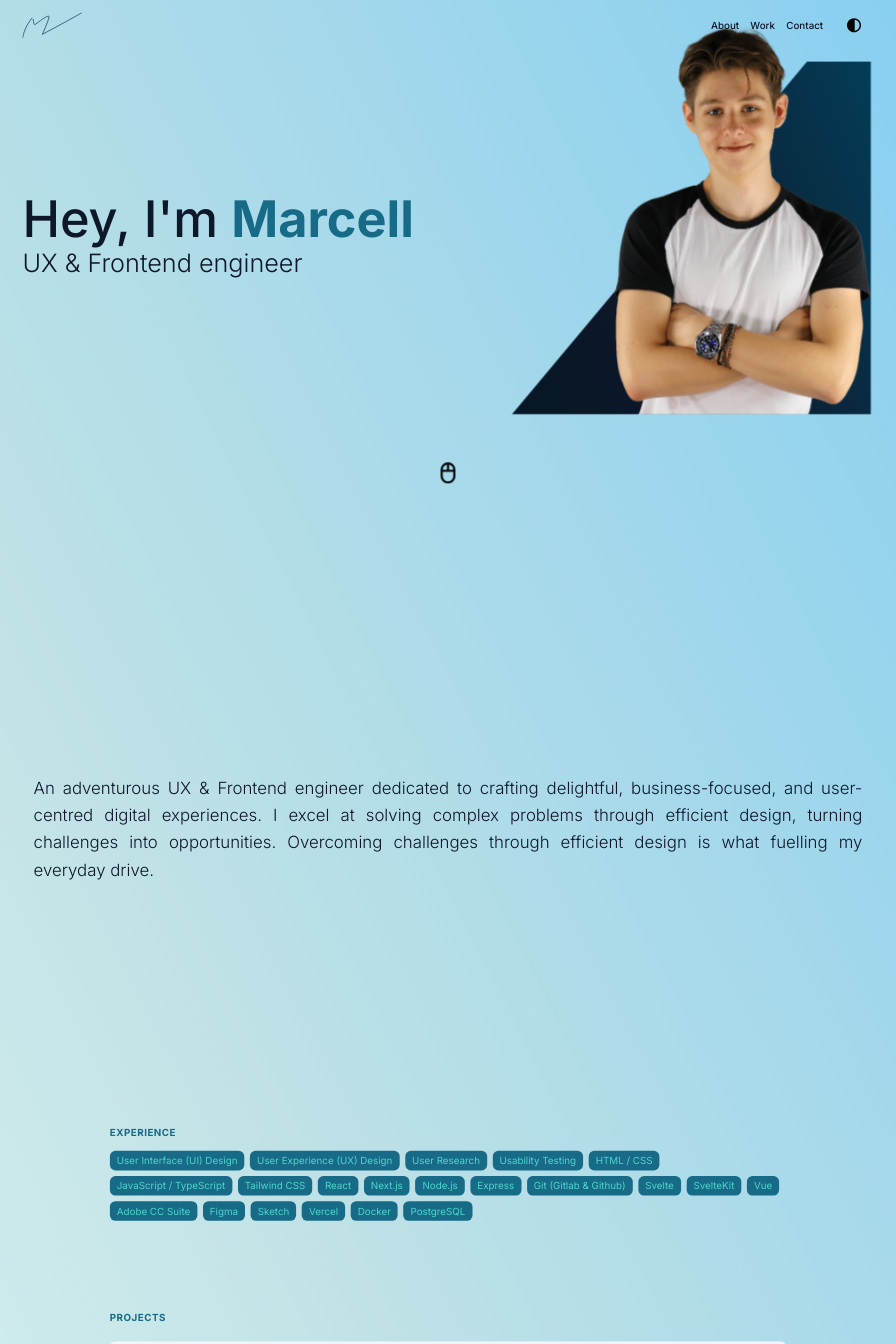
Repository: TheMarcellVarga/personal-portfolio-v.2
Page: /
These files come from the project's save history. The page is drawn as it stood at one moment and after the next save; the edit follows.
The browser window is 1280 px wide. The pictures show the part of the page from y = 0 to 1920 px (the page is 4294 px tall), at 70% of full size.
The project was rebuilt for these pictures with package versions that can differ from the ones it lists, and the page was loaded fresh each time. The framework's server and built-in components were replaced by stand-ins that run in the browser. Also part of the build but not shown: next.config.mjs.

Above is the page before, as saved 2024-07-19 00:55:22.

After the next save:
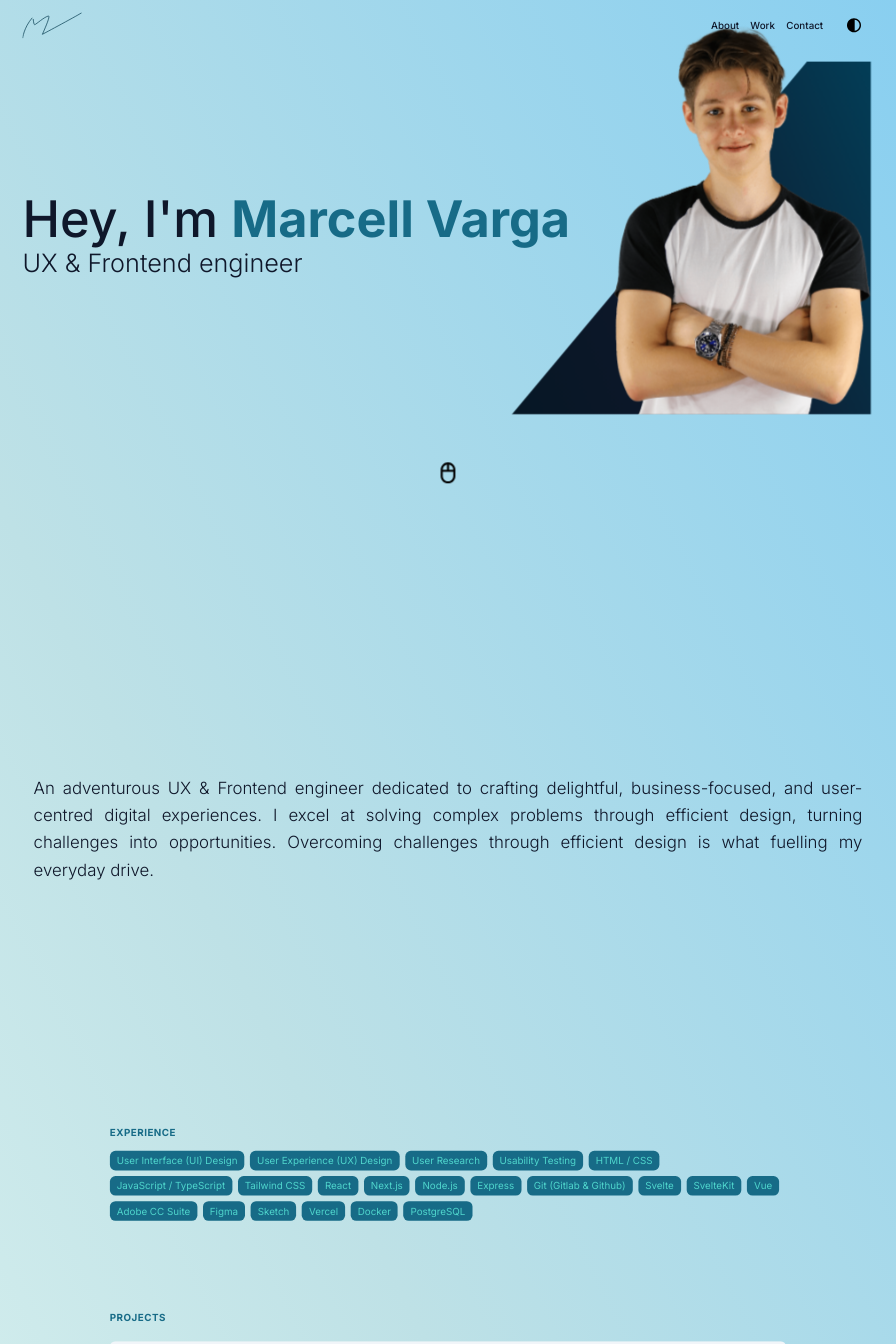
Saved 2 days later.
--- a/app/page.tsx
+++ b/app/page.tsx
@@ -247,7 +247,7 @@ export default function Page() {
               Hey, I'm&nbsp;
               <span className="text-custom-blue font-bold">
                 Marcell
-                {/* Varga */}
+                Varga
               </span>
             </div>
             <div className="flex w-full text-4xl font-light items-center justify-start my-2 text-slate-900 dark:text-slate-50 ">
